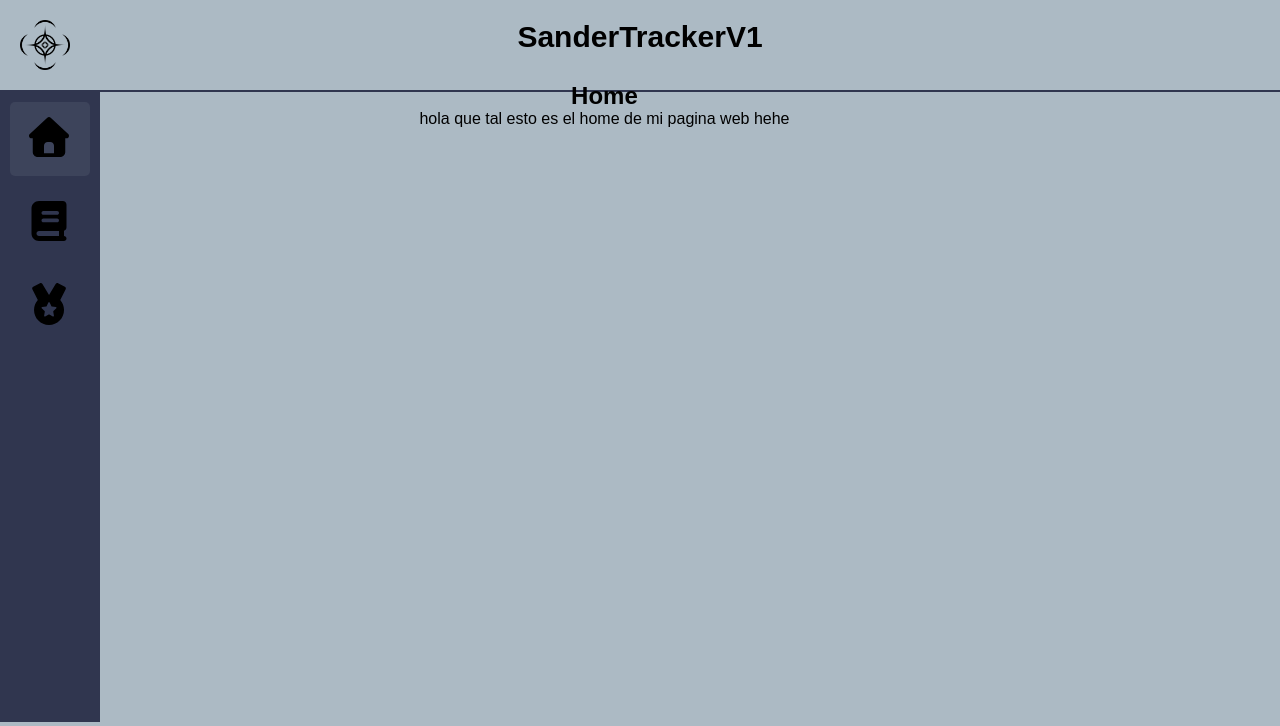
Repository: iocolopus/learn_web
Page: sandertracker_1/index.html
The author's editor kept a copy of each file at every save. The page is drawn from the files as they stood at one save, then again after a run of saves.
The browser window is 1280 px wide. The pictures show the whole page.

Above is the page before, as saved 2026-02-18 20:54:07.

After the next 2 saves:
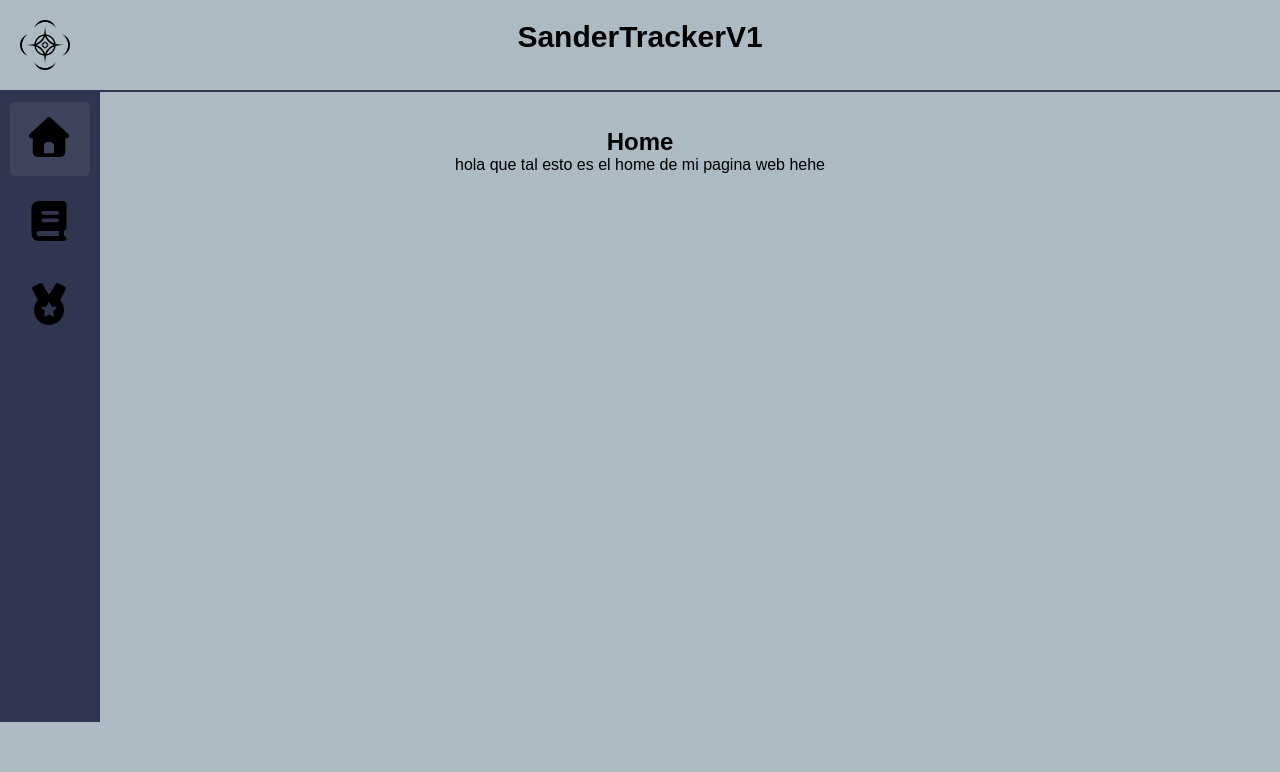
The 2 saves are shown as one change because they came seconds apart.
The last was saved 14 s later.
--- a/sandertracker_1/styles_section.css
+++ b/sandertracker_1/styles_section.css
@@ -4,7 +4,6 @@ section {
 
 section.inSection {
     text-align: center;
-    display: inline-block;
-    width: 1000px;
+    display: block;
     transform: translateY(-83vh);
 }
